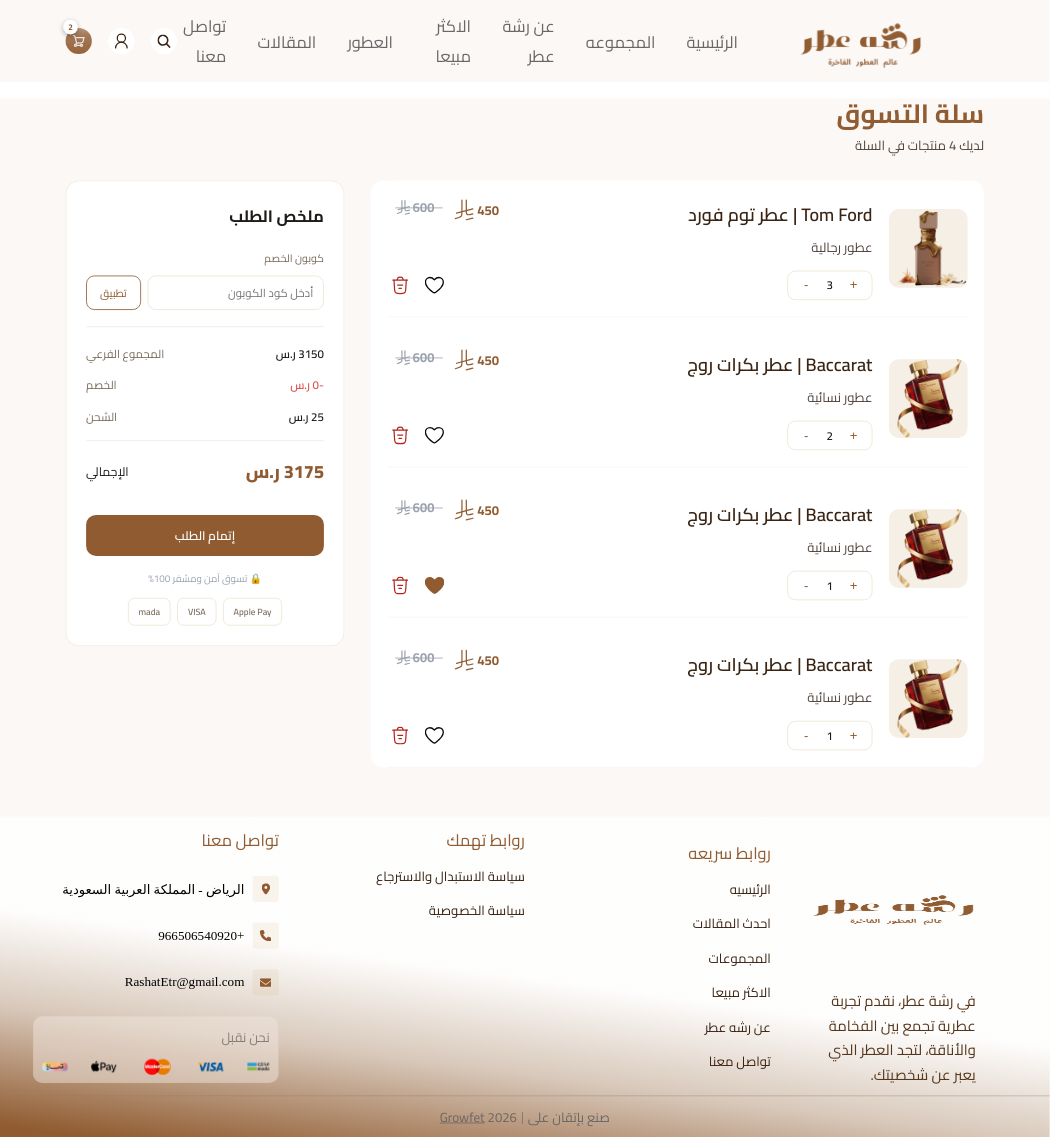
Repository: mahmoudesh74/rashet-3tr
Page: /ShoppingBasket
The author's editor kept a copy of each file at every save. The page is drawn from the files as they stood at one save, then again after the next save.
The browser window is 1280 px wide. The pictures show the whole page, at 82% of full size.
Some web fonts or font styles are not loaded; a fallback is used. The project was rebuilt for these pictures with package versions that can differ from the ones it lists, and the page was loaded fresh each time. Also part of the build but not shown: vite.config.js, src/App.css, src/components/HeaderSection/Header.css, src/components/HeaderSection/Header.jsx, src/components/GroupSection/GroupSection.css, src/components/GroupSection/GroupSection.jsx, src/components/AboutSection/AboutSection.css, src/components/AboutSection/AboutSection.jsx and 35 more. Imported but missing from the stored project, and not drawn on this page: src/assets/vedio.mp4.

Above is the page before, as saved 2026-09-28 23:45:43.

### index.html
<!doctype html>
<html lang="ar" dir="rtl">
  <head>
    <meta charset="UTF-8" />
    <link rel="icon" type="image/svg+xml" href="/favicon.svg" />
    <meta name="viewport" content="width=device-width, initial-scale=1.0" />
    <title>rashet-3tr</title>
    <link rel="preconnect" href="https://fonts.googleapis.com">
<link rel="preconnect" href="https://fonts.gstatic.com" crossorigin>
<link href="https://fonts.googleapis.com/css2?family=Be+Vietnam+Pro:ital,wght@0,100;0,200;0,300;0,400;0,500;0,600;0,700;0,800;0,900;1,100;1,200;1,300;1,400;1,500;1,600;1,700;1,800;1,900&family=Cairo:wght@200..1000&family=IBM+Plex+Sans:ital,wght@0,100..700;1,100..700&family=Kameron:wght@400..700&family=Noto+Rashi+Hebrew:wght@100..900&family=Plus+Jakarta+Sans:ital,wght@0,200..800;1,200..800&family=Roboto:ital,wght@0,100..900;1,100..900&family=Tajawal:wght@200;300;400;500;700;800;900&display=swap" rel="stylesheet">
    <link rel="preconnect" href="https://fonts.googleapis.com">
<link rel="preconnect" href="https://fonts.gstatic.com" crossorigin>
<link href="https://fonts.googleapis.com/css2?family=Be+Vietnam+Pro:ital,wght@0,100;0,200;0,300;0,400;0,500;0,600;0,700;0,800;0,900;1,100;1,200;1,300;1,400;1,500;1,600;1,700;1,800;1,900&family=Cairo:wght@200..1000&family=IBM+Plex+Sans:ital,wght@0,100..700;1,100..700&family=Kameron:wght@400..700&family=Noto+Rashi+Hebrew:wght@100..900&family=Plus+Jakarta+Sans:ital,wght@0,200..800;1,200..800&display=swap" rel="stylesheet">
    <link rel="preconnect" href="https://fonts.googleapis.com">
<link rel="preconnect" href="https://fonts.gstatic.com" crossorigin>
<link href="https://fonts.googleapis.com/css2?family=Be+Vietnam+Pro:ital,wght@0,100;0,200;0,300;0,400;0,500;0,600;0,700;0,800;0,900;1,100;1,200;1,300;1,400;1,500;1,600;1,700;1,800;1,900&family=Cairo:wght@200..1000&family=IBM+Plex+Sans:ital,wght@0,100..700;1,100..700&family=Kameron:wght@400..700&display=swap" rel="stylesheet">
 <link rel="preconnect" href="https://fonts.googleapis.com">
<link rel="preconnect" href="https://fonts.gstatic.com" crossorigin>
<link href="https://fonts.googleapis.com/css2?family=Be+Vietnam+Pro:ital,wght@0,100;0,200;0,300;0,400;0,500;0,600;0,700;0,800;0,900;1,100;1,200;1,300;1,400;1,500;1,600;1,700;1,800;1,900&family=Cairo:wght@200..1000&family=IBM+Plex+Sans:ital,wght@0,100..700;1,100..700&family=Kameron:wght@400..700&family=Plus+Jakarta+Sans:ital,wght@0,200..800;1,200..800&display=swap" rel="stylesheet">
</head>
  <body>
    <div id="root"></div>
    <script type="module" src="/src/main.jsx"></script>
  </body>
</html>

### src/main.jsx
import React from "react";
import ReactDOM from "react-dom/client";
import { BrowserRouter } from "react-router-dom";
import App from "./App.jsx";
import "./styles/variables.css";
ReactDOM.createRoot(document.getElementById("root")).render(
  <React.StrictMode>
    <BrowserRouter>
      <App />
    </BrowserRouter>
  </React.StrictMode>
);

### src/App.jsx
import "./App.css";
import HomePage from "./pages/HomePage/homePag";
import NavBar from "./components/NavBar/NavBar";
import Footer from "./components/Footer/Footer";
import { Routes, Route } from "react-router-dom";
import GroupPage from "./pages/GroupPage/GroupPage";
import GroupCatalog from "./pages/groupCatalog/groupCatalog";
import AboutRashetEtr from "./pages/AboutRashetEtr/AboutRashetEtr";
import PrivacyPolicyPage from "./pages/PrivacyPolicy/privacyPolicy"
import PolicyReplace from "./pages/PolicyReplace/PolicyReplace"
import ContactUs from "./pages/ContactUs/ContactUs"
import PerfumePage from "./pages/perfumePage/perfumePage"
import ProductDetailsPage from "./pages/PerfumeDetails/PerfumeDetails"
import ShoppingBasket from "./pages/ShoppingBasket/ShoppingBasket"
function App() {
  return (
    <>
      <NavBar />

      <Routes>
        <Route path="/" element={<HomePage />} />
        <Route path="/GroupPage" element={<GroupPage />} />
        <Route path="/GroupCatalog/:id" element={<GroupCatalog />} />
        <Route path="/AboutRashetEtr" element={<AboutRashetEtr />} />
        <Route path="/PrivacyPolicyPage" element={<PrivacyPolicyPage />} />
        <Route path="/PolicyReplace" element={<PolicyReplace />} />
        <Route path="/ContactUs" element={<ContactUs />} />
        <Route path="/PerfumePage" element={<PerfumePage />} />
        <Route path="/PerfumeDetails" element={<ProductDetailsPage />} />
        <Route path="/ShoppingBasket" element={<ShoppingBasket />} />






      </Routes>

      <Footer />
    </>
  );
}

export default App;

### src/pages/HomePage/homePage.css
*{
  padding: 0;
  margin: 0;
}
.HomePageHader {
  position: relative;
  width: 100%;
  height: 750px;

}

.HeaderBgVideo {
  position: absolute;
  top: 50%;
  left: 50%;
  min-width: 100%;
  min-height: 100%;
  width: auto;
  height: auto;
  transform: translate(-50%, -50%);
  object-fit: cover;
  z-index: -1;
}

.HeaderContent {
  position: relative;
  z-index: 1;
}

### src/components/NavBar/NavBar.module.css
.navbar {
  width: 100%;
  background-color:  #FBF8F5E5;
  height: 100px;

  position: absolute;
  top: 0;
  right: 0;
  left: 0;
  z-index: 100;
}

.container {
  height: 100px;
  display: flex;
  align-items: center;
  justify-content: space-evenly;
  padding-top: 16px;
  padding-bottom: 16px;
  padding-left: 80px;
  padding-right: 80px;
}
.logoImage {
  width: auto;
  height: 300px;
  object-fit: contain;
  scale: crop;
}

.links {
  align-items: center;
  gap: 38px;
  list-style: none;
  margin: 0;
  padding: 0;
}

@media (min-width: 768px) {
  .links {
    display: flex;
  }
}

.link {
  font-size: 20px;
  color: #696767;
  text-decoration: none;
  padding-bottom: 4px;
  font-family: "cairo";
  font-weight: 400;
}



.icons {
  display: flex;
  align-items: center;
  gap: 20px;
  flex-shrink: 0;
}
.search {
  display: flex;
  align-items: center;
  width: 32px;
  height: 32px;
  border-radius: 50%;
  background-color: #FFFFFF;
  justify-content: center;
  cursor: pointer;
}
.profile {
  cursor: pointer;
  display: flex;
  align-items: center;
  width: 32px;
  height: 32px;
  border-radius: 50%;
  background-color: #FFFFFF;
  justify-content: center;
}

.cart {
  position: relative;
  cursor: pointer;
  display: flex;
  align-items: center;
  justify-content: center;
  width: 32px;
  height: 32px;
  border-radius: 50%;
  background: linear-gradient(
    180deg,
    #ba987c 0%,
    #a57956 27.68%,
    #905B30 125.82%
  );
}

.cartCount {
  position: absolute;
  top: -10px;
  left: -3px;
  width: 18px;
  height: 18px;
  display: flex;
  align-items: center;
  justify-content: center;
  border-radius: 50%;
  background: #fff;
  color: #905B30;
  font-size: 10px;
  font-weight: 700;
  font-family: "cairo";
  box-shadow: 0 2px 6px #0000004d;
}
.link {
  position: relative;
  text-decoration: none;
}

.link::after {
  content: "";
  position: absolute;
  bottom: -8px;
  left: 0;
  width: 0;
  height: 3px;
  background-color: #905B30;
  transition: width 0.3s ease;
}

.link:hover::after {
  width: 100%;
}



@media (max-width: 1024px) {
  .navbar,
  .container {
    height: 90px;
  }
  .logoImage {
    height: 220px;
  }
  .links {
    gap: 22px;
  }
  .link {
    font-size: 16px;
  }
}

@media (max-width: 767px) {
  .navbar,
  .container {
    height: 70px;
  }
  .logoImage {
    height: 160px;
  }
  .icons {
    gap: 14px;
  }
  .search,
  .profile,
  .cart {
    width: 28px;
    height: 28px;
  }
}

@media (max-width: 480px) {
  .navbar,
  .container {
    height: 60px;
  }
  .logoImage {
    height: 120px;
  }
}

### src/components/Footer/Footer.css
.Footer {
  width: 100%;
  height: auto;
  background: linear-gradient(7.52deg, #905B30 2.66%, rgba(178, 147, 120, 0.5) 28.7%, rgba(212, 203, 192, 0) 50%),
    linear-gradient(0deg, rgba(251, 248, 245, 0.2), rgba(251, 248, 245, 0.2));
}
.row {
  width: 100%;
  display: flex;
  padding: 10px 40px 10px 40px;
}
.LogoContainer {
  display: flex;
  width: 25%;
  flex-direction: column;
  align-items: center;
  justify-content: center;
}
.LogoContainer img {
  width: 400px;
  height: 200px;
}
.LogoContainer p {
  max-width: 200px;
  font-family: "Cairo";
  font-size: 18px;
  font-weight: 400;
  color: #56371D;
  line-height: 30px;
}
.LinksContainer {
  width: 25%;
  gap: 10px;
  display: flex;
  flex-direction: column;

  justify-content: center;
}
.LinksContainer h3 {
  font-size: 20px;
  font-weight: 400;
  font-family: "Cairo";
  color: #905B30;
}
.LinksContainer a {
  font-size: 16px;
  font-weight: 400;
  color: #3A2413;
  font-family: "Cairo";
  text-decoration: none;
}
.ownLinks {
  width: 25%;
  gap: 10px;
  display: flex;
  flex-direction: column;

}
.ownLinks h3 {
  font-size: 20px;
  font-weight: 400;
  font-family: "Cairo";
  color: #905B30;
}
.ownLinks a {
  font-size: 16px;
  font-weight: 400;
  color: #3A2413;
  font-family: "Cairo";
  text-decoration: none;
}
.contactWithUs {
  width: 25%;
  gap: 25px;
  display: flex;
  flex-direction: column;

}
.contactWithUs h3 {
  font-size: 20px;
  font-weight: 400;
  font-family: "Cairo";
  color: #905B30;
}
.location {
  display: flex;
  align-items: center;
  gap: 10px;
}
.locationIcon {
  display: flex;
  align-items: center;
  justify-content: center;
  width: 32px;
  height: 32px;
  background-color: #C5A0591A;
  border-radius: 4px;
}
.phoneIcon {
  display: flex;
  align-items: center;
  justify-content: center;
  width: 32px;
  height: 32px;
  background-color: #C5A0591A;
  border-radius: 4px;
}


.linkItem {
  display: flex;
  flex-direction: column;
  align-items: flex-start;
  width: fit-content;
}

.FooterLine {
  height: 2px;
  width: 20px;
  background-color: #905B30;
  border-radius: 8px;


  opacity: 0;
  transform: scaleX(0);
  transform-origin: right;
  transition: opacity 0.2s ease, transform 0.2s ease;
}

.linkItem:hover .FooterLine {
  opacity: 1;
  transform: scaleX(1);
}
.makeby{
    align-items: center;
    justify-content: center;
    display: flex;
    border-top: 1px solid #8A7A6A80;

   padding: 10px 0 10px 0;
    gap: 5px;
    color: #6B6764;

}
.makeby p{
    font-size: 16px ;
    font-weight: 400;
    font-family: "Cairo";
    color: #6B6764;
}
.payed{
    height:82px;
    width: 100%;
    background-color: #EFE6DD80;
    border: 1px solid #C5A0591A;
    border-radius: 12px;

}
.payed p{
  margin: 0;
  padding: 10px;
    font-family: "Cairo";
    font-size: 16px;
    font-weight: 400;
    color: #2D292680;
}
.payrow {
    display: flex;
    justify-content: space-between;
    gap: 20px;
    padding: 0 10px 0 10px;
}

### src/pages/ShoppingBasket/ShoppingBasket.css
.cart-page {
  margin-top: 120px;
  padding: 0 80px 60px;
  direction: rtl;
  font-family: "Cairo";
  color: #1a1a1a;
  background-color: #FBF8F5;

}

.cart-page-header {
  margin-bottom: 28px;
}

.cart-page-header h1 {
  margin: 0 0 6px;
  font-size: 32px;
  font-weight: 700;
  font-family: "Cairo";
  line-height: 36px;
  color: #915C32;
}

.cart-page-header p {
  margin: 0;
  font-size: 16px;
  font-weight: 400;
  font-family: "Cairo";
  color: #51443C;
}

.cart-page-layout {
  display: grid;
  grid-template-columns:  1fr 340px;
  gap: 32px;
  align-items: start;
}

/* ---------- Order summary ---------- */
.cart-summary {
  background: #ffffff;
  border: 1px solid #f0e9df;
  border-radius: 16px;
  padding: 24px;
  position: sticky;
  top: 140px;
}

.cart-summary-title {
  margin: 0 0 20px;
  font-size: 20px;
  font-weight: 700;
  color: #1e1b18;
}

.cart-coupon {
  padding-bottom: 20px;
  margin-bottom: 20px;
  border-bottom: 1px solid #f0e9df;
}

.cart-coupon-label {
  display: block;
  font-size: 13px;
  color: #7a6a5a;
  margin-bottom: 10px;
}

.cart-coupon-input-row {
  display: flex;
  gap: 8px;
}

.cart-coupon-input-row input {
  flex: 1;
  height: 42px;
  border-radius: 10px;
  border: 1px solid #ede4d3;
  padding: 0 12px;
  font-family: "Cairo";
  font-size: 14px;
  outline: none;
}

.cart-coupon-input-row button {
  height: 42px;
  padding: 0 16px;
  border-radius: 10px;
  border: 1px solid #905b30;
  background: #ffffff;
  color: #905b30;
  font-family: "Cairo";
  font-size: 13px;
  cursor: pointer;
}

.cart-coupon-applied {
  display: flex;
  align-items: center;
  gap: 8px;
  height: 42px;
  border-radius: 10px;
  border: 1px solid #ede4d3;
  padding: 0 12px;
  font-family: "Cairo";
  font-size: 14px;
  color: #1a1a1a;
}

.cart-coupon-remove {
  border: none;
  background: transparent;
  color: #9ca3af;
  font-size: 18px;
  cursor: pointer;
  line-height: 1;
}

.cart-coupon-success {
  display: flex;
  align-items: center;
  gap: 6px;
  margin: 10px 0 0;
  font-size: 12px;
  color: #905b30;
}

.cart-coupon-error {
  margin: 10px 0 0;
  font-size: 12px;
  color: #d9534f;
}

.cart-summary-rows {
  display: flex;
  flex-direction: column;
  gap: 12px;
  margin-bottom: 16px;
}

.cart-summary-row {
  display: flex;
  align-items: center;
  justify-content: space-between;
  font-size: 14px;
}

.cart-summary-label {
  color: #7a6a5a;
}

.cart-summary-value {
  font-weight: 600;
  color: #1a1a1a;
}

.cart-summary-value--discount {
  color: #d9534f;
}

.cart-summary-total {
  display: flex;
  align-items: center;
  justify-content: space-between;
  padding: 16px 0;
  margin-bottom: 16px;
  border-top: 1px solid #f0e9df;
}

.cart-summary-total-label {
  font-size: 15px;
  color: #1a1a1a;
}

.cart-summary-total-value {
  font-size: 22px;
  font-weight: 800;
  color: #905b30;
}

.cart-checkout-btn {
  width: 100%;
  height: 50px;
  border-radius: 12px;
  border: none;
  background: #905b30;
  color: #ffffff;
  font-family: "Cairo";
  font-size: 15px;
  font-weight: 600;
  cursor: pointer;
  margin-bottom: 16px;
}

.cart-checkout-btn:hover {
  background: #7c4d27;
}

.cart-checkout-btn:disabled {
  opacity: 0.5;
  cursor: not-allowed;
}

.cart-secure-text {
  text-align: center;
  font-size: 12px;
  color: #9ca3af;
  margin: 0 0 12px;
}

.cart-payment-badges {
  display: flex;
  align-items: center;
  justify-content: center;
  gap: 8px;
}

.cart-payment-badge {
  padding: 6px 12px;
  border-radius: 8px;
  border: 1px solid #ede4d3;
  font-size: 11px;
  font-weight: 600;
  color: #7a6a5a;
}

/* ---------- Cart items list ---------- */
.cart-items-list {
  display: flex;
  flex-direction: column;
  gap: 16px;
  border-radius: 16px;
  background-color: #ffffff;
}

.cart-empty-text {
  text-align: center;
  color: #9ca3af;
  padding: 60px 0;
}

.cart-item {
     display: flex;
    align-items: center;
    gap: 20px;
    background: #ffffff;
    border-top-left-radius: 16px;
    border-top-right-radius: 16px;
    margin: 0px 20px 0px 20px;
    border-bottom: 1px solid #f0e9df;
    padding: 20px 0px 20px 0px;
}


.cart-item-image {
  width: 96px;
  height: 96px;
  border-radius: 12px;
  overflow: hidden;
  background: #f5efe6;
  flex-shrink: 0;
}

.cart-item-image img {
  width: 100%;
  height: 100%;
  object-fit: cover;
}

.cart-item-content {
  flex: 1;
  display: flex;
  flex-direction: column;
  gap: 14px;
  min-width: 0;
}

.cart-item-top {
  display: flex;
  align-items: flex-start;
  justify-content: space-between;
  gap: 12px;
}

.cart-item-names h3 {
  margin: 0 0 4px;
  font-size: 22px;
  font-weight: 600;
  font-family: "Cairo";
  color: #3A2413;
}

.cart-item-names span {
  font-size: 16px;
  font-weight: 400;
  font-family: "Cairo";
  color: #51443C;
}

.cart-item-price {
  display: flex;
  align-items: center;
  justify-content: center;
  gap: 8px;
  flex-shrink: 0;
}

.cart-item-old-price {
  font-size: 13px;
  color: #9ca3af;
  text-decoration: line-through;
}

.cart-item-new-price {
  font-size: 16px;
  font-weight: 700;
  color: #905b30;
  display: flex;
  align-items: center;
  justify-content: center;
}

.cart-item-bottom {
  display: flex;
  align-items: center;
  justify-content: space-between;
}

.cart-item-qty {
  display: flex;
  align-items: center;
  gap: 12px;
  border: 1px solid #ede4d3;
  border-radius: 10px;
  padding: 4px 12px;
}

.cart-item-qty button {
  width: 20px;
  height: 20px;
  border: none;
  background: transparent;
  color: #905b30;
  font-size: 16px;
  line-height: 1;
  cursor: pointer;
  display: flex;
  align-items: center;
  justify-content: center;
}

.cart-item-qty span {
  font-size: 14px;
  font-weight: 600;
  min-width: 14px;
  text-align: center;
}

.cart-item-actions {
  display: flex;
  align-items: center;
  gap: 10px;
}

.cart-item-fav,
.cart-item-remove {
  width: 32px;
  height: 32px;
 border: none;
 background: none;

  display: flex;
  align-items: center;
  justify-content: center;
  cursor: pointer;
}

.cart-item-fav img,
.cart-item-remove img {
  width: 24px;
  height: 24px;
}

.cart-item-fav.is-active {
  border-color: #905b30;
}

/* ---------- Responsive ---------- */
@media (max-width: 1024px) {
  .cart-page {
    padding: 0 24px 60px;
  }
  .cart-page-layout {
    grid-template-columns: 1fr;
  }
  .cart-summary {
    position: static;
    order: 2;
  }
  .cart-items-list {
    order: 1;
  }
}

@media (max-width: 600px) {
  .cart-item {
    flex-direction: column;
    align-items: stretch;
  }
  .cart-item-image {
    width: 100%;
    height: 160px;
  }
}

### src/pages/LoginPage/LoginPage.css
* {
  box-sizing: border-box;
}

.login-card {
  position: relative;
  background: #FFFFFF;
  width: 100%;
  border-radius: 20px;
  padding: 48px 44px;
}

.login-close {
  position: absolute;
  top: 16px;
  left: 16px;
  width: 32px;
  height: 32px;
  border-radius: 50%;
  border: none;
  background: #f3ede1;
  color: #6b6258;
  font-size: 20px;
  line-height: 1;
  cursor: pointer;
  display: flex;
  align-items: center;
  justify-content: center;
  transition: background 0.15s ease;
}

.login-close:hover {
  background: #e4dccb;
}

.login-title {
  font-size: 24px;
  font-weight: 700;
  font-family: "Cairo";
  color: #3a2413;
  text-align: center;
  margin: 0;
}

.login-subtitle {
  text-align: center;
  color: #717182;
  font-size: 16px;
  font-weight: 400;
  font-family: "SF Pro";
  margin-top: 8px;
  margin-bottom: 32px;
}

.google-btn {
  width: 100%;
  display: flex;
  align-items: center;
  justify-content: center;
  gap: 10px;
  padding: 14px;
  border: 2px solid #1a71f6;
  border-radius: 12px;
  background: #FFFFFF;
  color: #1a71f6;
  font-family: "Plus Jakarta Sans";
  font-size: 14px;
  font-weight: 700;
  cursor: pointer;
  transition: background 0.15s ease;
}

.divider {
  display: flex;
  align-items: center;
  gap: 14px;
  margin: 28px 0;
  color: #323130;
  font-size: 12px;
  font-weight: 700;
  font-family: "Plus Jakarta Sans";
}

.divider-line {
  flex: 1;
  height: 0.5px;
  background: #1a71f6;
}

.field {
  margin-bottom: 20px;
}

.field-label {
  display: block;
  font-size: 14px;
  font-weight: 700;
  color: #323130;
  font-family: "Plus Jakarta Sans";
  margin-bottom: 8px;
}

.text-input {
  width: 100%;
  padding: 14px 16px;
  border: 1.6px solid #d1d1d1;
  border-radius: 16px;
  font-family: "Plus Jakarta Sans";
  font-size: 14px;
  font-weight: 400;
  color: #333333;
  background: #FFFFFF;
  outline: none;
  transition: border-color 0.15s ease;
}

.text-input:focus {
  border-color: #a8642f;
}

.text-input::placeholder {
  color: #737373;
  font-family: "Plus Jakarta Sans";
  font-weight: 400;
  font-size: 14px;
}

.password-wrap {
  position: relative;
}

.password-wrap .text-input {
  padding-left: 44px;
}

.toggle-eye {
  position: absolute;
  left: 14px;
  top: 50%;
  transform: translateY(-50%);
  background: none;
  border: none;
  cursor: pointer;
  color: #6b6258;
  display: flex;
  padding: 0;
}

.toggle-eye svg {
  width: 20px;
  height: 20px;
}

.form-row {
  display: flex;
  align-items: center;
  justify-content: space-between;
  margin-bottom: 28px;
  font-size: 14px;
}

.remember-label {
  display: flex;
  align-items: center;
  gap: 8px;
  color: #333333;
  font-size: 14px;
  font-weight: 700;
  font-family: "Plus Jakarta Sans";
  cursor: pointer;
}

.remember-checkbox {
  width: 17px;
  height: 17px;
  accent-color: #905B30;
  cursor: pointer;
}

.forgot-link {
  color: #1a71f6;
  font-size: 14px;
  font-family: "Plus Jakarta Sans";
  font-weight: 700;
}

.forgot-link:hover {
  text-decoration: underline;
}

.submit-btn {
  width: 100%;
  padding: 15px;
  border: none;
  border-radius: 12px;
  background: #905B30;
  color: #FFFFFF;
  font-family: "Plus Jakarta Sans";
  font-size: 14px;
  font-weight: 700;
  cursor: pointer;
  transition: background 0.15s ease;
}

.submit-btn:hover {
  background: #8b5024;
}

.footer-text {
  text-align: center;
  margin-top: 22px;
  font-size: 14px;
  font-family: "Plus Jakarta Sans";
  font-weight: 400;
  color: #323130;
}





/* Responsive */
@media (max-width: 600px) {
  .login-card {
    padding: 32px 24px;
    border-radius: 16px;
  }

  .login-title {
    font-size: 24px;
  }

  .login-subtitle {
    font-size: 14px;
    margin-bottom: 24px;
  }

  .google-btn {
    padding: 12px;
    font-size: 14px;
  }

  .text-input {
    padding: 12px 14px;
    font-size: 14px;
  }

  .password-wrap .text-input {
    padding-left: 40px;
  }

  .form-row {
    flex-wrap: wrap;
    gap: 10px;
  }

  .submit-btn {
    padding: 13px;
    font-size: 15px;
  }
}

@media (max-width: 360px) {
  .login-card {
    padding: 24px 18px;
  }

  .login-title {
    font-size: 21px;
  }
}

Loaded but not shown: src/pages/ShoppingBasket/ShoppingBasket.jsx (280 lines, source omitted); src/components/Footer/Footer.jsx (169 lines, source omitted); src/components/NavBar/NavBar.jsx (173 lines, source omitted)

After the next save:
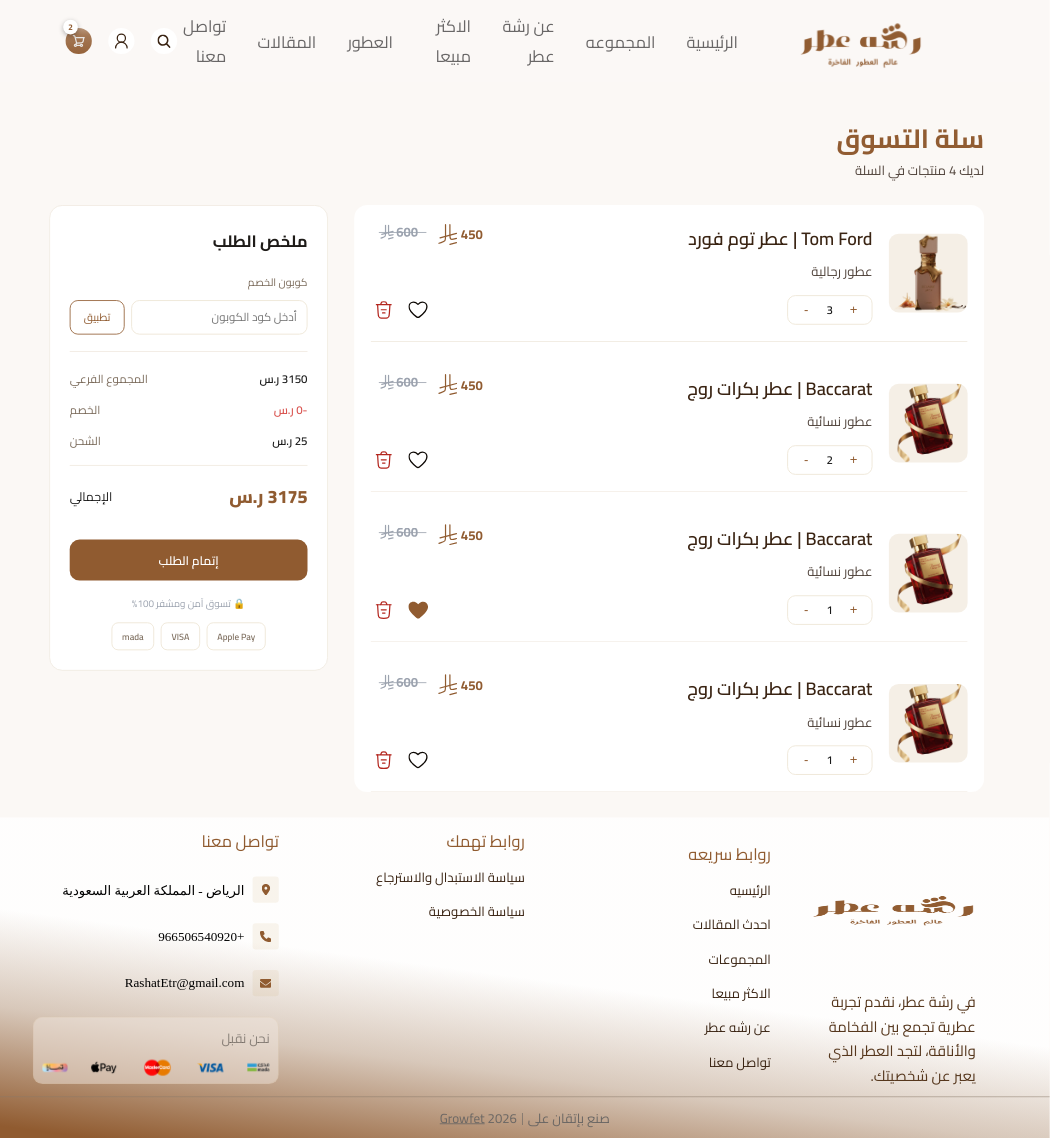
Saved 3 min 15 s later.
--- a/src/pages/ShoppingBasket/ShoppingBasket.css
+++ b/src/pages/ShoppingBasket/ShoppingBasket.css
@@ -1,11 +1,10 @@
 .cart-page {
-  margin-top: 120px;
-  padding: 0 80px 60px;
-  direction: rtl;
-  font-family: "Cairo";
-  color: #1a1a1a;
-  background-color: #FBF8F5;
-
+    margin-top: 100px;
+    padding: 50px 80px 31px 60px;
+    direction: rtl;
+    font-family: "Cairo";
+    color: #1a1a1a;
+    background-color: #FBF8F5;
 }
 
 .cart-page-header {
